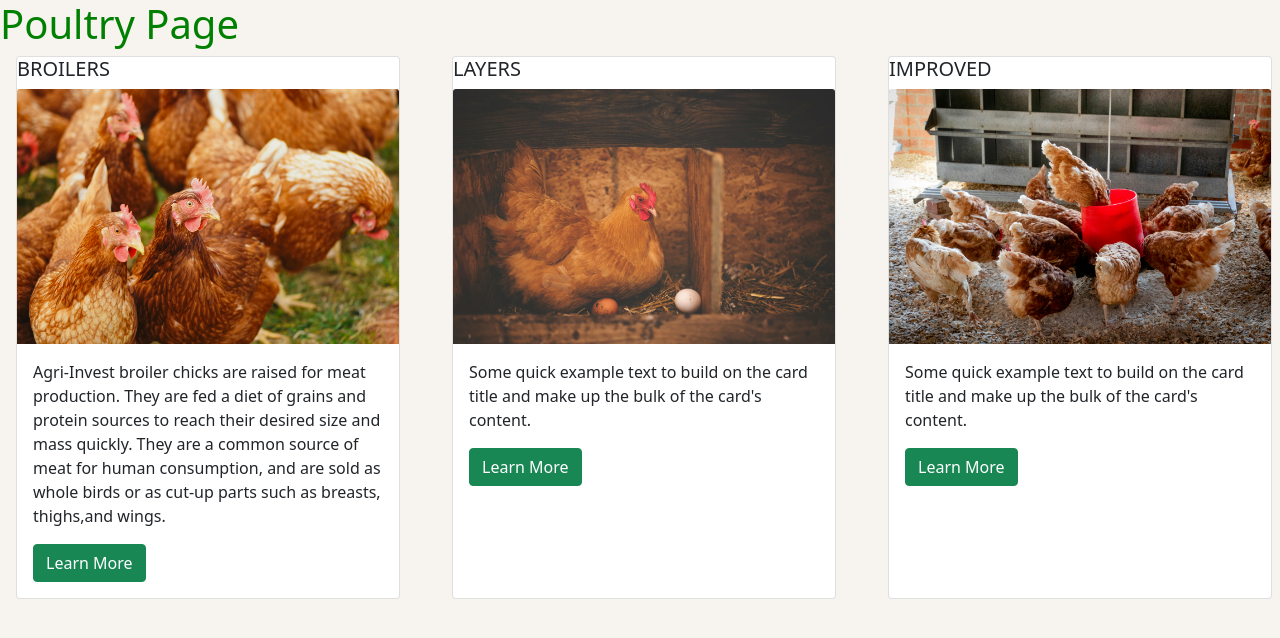
Repository: Allevandrose/Agri-invest
Page: poultry.html
The author's editor kept a copy of each file at every save. The page is drawn from the files as they stood at one save, then again after the next save.
The browser window is 1280 px wide. The pictures show the whole page.

Above is the page before, as saved 2024-04-13 15:32:52.

### poultry.html
<!DOCTYPE html>
<html lang="en">

<head>
    <meta charset="UTF-8">
    <link href="https://cdn.jsdelivr.net/npm/bootstrap@5.0.2/dist/css/bootstrap.min.css" rel="stylesheet" integrity="sha384-EVSTQN3/azprG1Anm3QDgpJLIm9Nao0Yz1ztcQTwFspd3yD65VohhpuuCOmLASjC" crossorigin="anonymous">
    <meta name="viewport" content="width=device-width, initial-scale=1.0">
    <link rel="stylesheet" href="poultry.css">
    <title>Document</title>
</head>

<body>
    <h1 class="h1">Poultry Page</h1>

    <div class="card-container d-flex flex-row">
        <div class="card mr-2" style="width: 24rem;">
            <h5 class="card-title">BROILERS</h5>
            <img src="poultry images/chick1.jpg" class="card-img-top" alt="...">
            <div class="card-body">

                <p class="card-text">Agri-Invest broiler chicks are raised for meat production. They are fed a diet of grains and protein sources to reach their desired size and mass quickly. They are a common source of meat for human consumption, and are sold as whole birds
                    or as cut-up parts such as breasts, thighs,and wings.</p>
                <a href="#" class="btn btn-success">Learn More</a>
            </div>
        </div>
        <div class="card mr-2" style="width: 24rem;">
            <h5 class="card-title">LAYERS</h5>
            <img src="poultry images/chick2.jpg" class="card-img-top" alt="...">
            <div class="card-body">
                <p class="card-text">Some quick example text to build on the card title and make up the bulk of the card's content.</p>
                <a href="#" class="btn btn-success">Learn More</a>
            </div>
        </div>
        <div class="card mr-2" style="width: 24rem;">
            <h5 class="card-title">IMPROVED</h5>
            <img src="poultry images/chick3.jpg" class="card-img-top" alt="...">
            <div class="card-body">

                <p class="card-text">Some quick example text to build on the card title and make up the bulk of the card's content.</p>
                <a href="#" class="btn btn-success">Learn More</a>
            </div>
        </div>




        <!-- script tag -->
        <script src="https://cdn.jsdelivr.net/npm/bootstrap@5.0.2/dist/js/bootstrap.bundle.min.js" integrity="sha384-MrcW6ZMFYlzcLA8Nl+NtUVF0sA7MsXsP1UyJoMp4YLEuNSfAP+JcXn/tWtIaxVXM" crossorigin="anonymous"></script>
</body>

</html>

### poultry.css
body {
    background-color: rgb(247, 243, 239);
}

.h1 {
    color: green;
}

.card-container {
    display: flex;
    flex-wrap: wrap;
    justify-content: space-between;
    margin-left: 16px;
    margin-right: 8px;
}

After the next save:
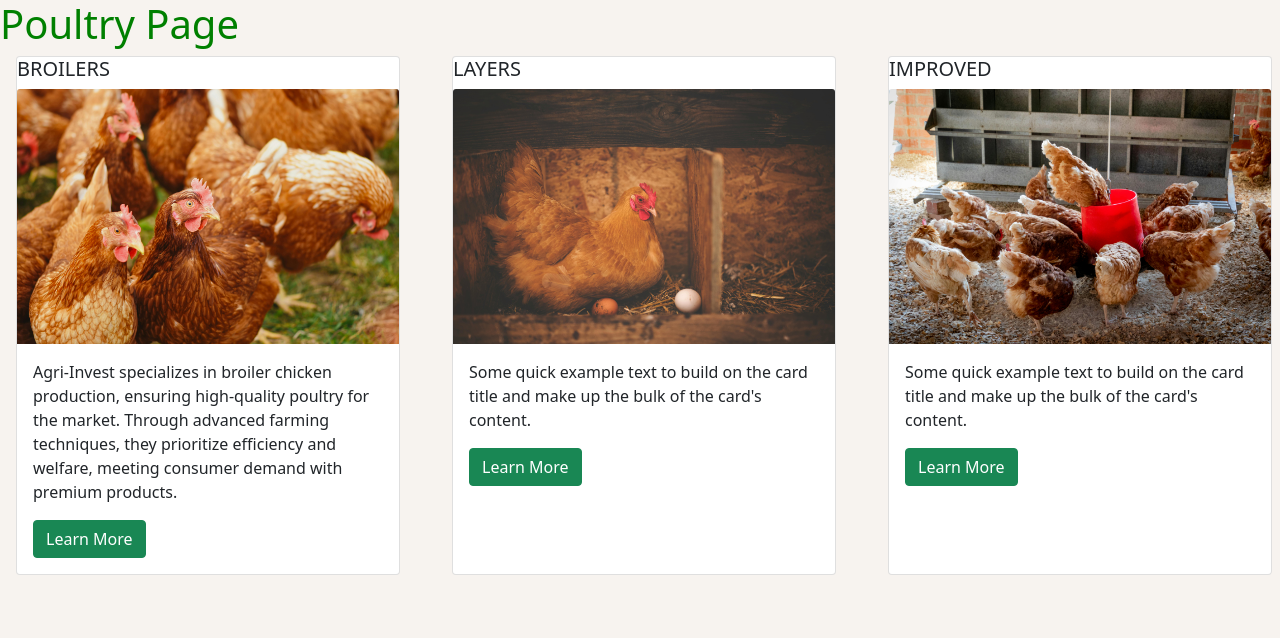
Saved 119 s later.
--- a/poultry.html
+++ b/poultry.html
@@ -18,8 +18,14 @@
             <img src="poultry images/chick1.jpg" class="card-img-top" alt="...">
             <div class="card-body">
 
-                <p class="card-text">Agri-Invest broiler chicks are raised for meat production. They are fed a diet of grains and protein sources to reach their desired size and mass quickly. They are a common source of meat for human consumption, and are sold as whole birds
-                    or as cut-up parts such as breasts, thighs,and wings.</p>
+                <p class="card-text">Agri-Invest specializes in broiler chicken production, ensuring high-quality poultry for the market. Through advanced farming techniques, they prioritize efficiency and welfare, meeting consumer demand with premium products.
+
+
+
+
+
+
+                </p>
                 <a href="#" class="btn btn-success">Learn More</a>
             </div>
         </div>
